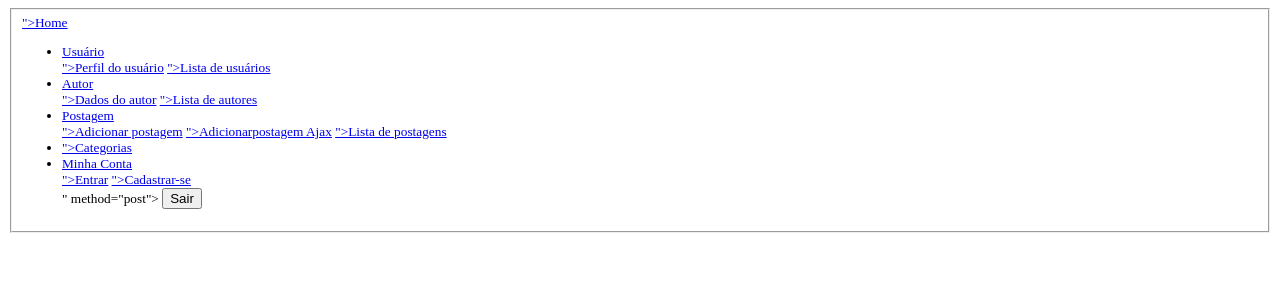
Repository: f4br1c10/Curso-Spring-Devmedia
Page: http://localhost/blog/WEB-INF/views/menu.jsp
The author's editor kept a copy of each file at every save. The page is drawn from the files as they stood at one save, then again after the next save.
The browser window is 1280 px wide. The pictures show the whole page.
The page is served by Tomcat 9. Nobody is signed in. Other server files are loaded and not shown. The template is opened directly, without the code that normally fills it, so the values that code supplies are empty.

Above is the page before, as saved 2019-07-09 17:12:07.

### blog/src/main/webapp/WEB-INF/views/menu.jsp
<%@ page language="java" contentType="text/html; charset=UTF-8" pageEncoding="UTF-8"%>
<fieldset style="font-size: 10pt">
	<nav class="navbar navbar-expand-lg navbar-dark bg-dark">
		<a class="navbar-brand" href="<c:url value = "/"/> ">Home</a>
		<div class="collapse navbar-collapse" id="navbarNavDropdown">
			<ul class="navbar-nav">
			<security:authorize access="hasAnyAuthority('ADMIN','AUTOR','LEITOR')">
				<li class="nav-item dropdown">
					<a class="nav-link dropdown-toggle" href="#" id="navbarDropdownMenuLink" role="button" data-toggle="dropdown"aria-haspopup="true" aria-expanded="false">
						Usuário
					</a>
					<div class="dropdown-menu" aria-labelledby="navbarDropdownMenuLink">

		          			<a class="dropdown-item" href="<c:url value = "/usuario/perfil/${logado.id}"/>">Perfil do usuário</a>

						<security:authorize access="hasAuthority('ADMIN')">
		          			<a class="dropdown-item" href="<c:url value = "/usuario/list"/>">Lista de usuários</a>
		          		</security:authorize>
					</div>
				</li>
			</security:authorize>
			<security:authorize access="hasAnyAuthority('ADMIN','AUTOR')">
				<li class="nav-item dropdown">
					<a class="nav-link dropdown-toggle" href="#" id="navbarDropdownMenuLink" role="button" data-toggle="dropdown"aria-haspopup="true" aria-expanded="false">
						Autor
					</a>
					<div class="dropdown-menu" aria-labelledby="navbarDropdownMenuLink">
					<security:authorize access="hasAuthority('AUTOR')">
						<a class="dropdown-item" href="<c:url value = "/autor/add"/>">Dados do autor</a>
					</security:authorize>
					<security:authorize access="hasAuthority('ADMIN')">
		          		<a class="dropdown-item" href="<c:url value = "/autor/list"/>">Lista de autores</a>
		          	</security:authorize>
					</div>
				</li>
			</security:authorize>
				<li class="nav-item dropdown">
					<a class="nav-link dropdown-toggle" href="#" id="navbarDropdownMenuLink" role="button" data-toggle="dropdown"aria-haspopup="true" aria-expanded="false">
						Postagem
					</a>
					<div class="dropdown-menu" aria-labelledby="navbarDropdownMenuLink">
						<a class="dropdown-item" href="<c:url value = "/postagem/add"/>">Adicionar postagem</a>
						<a class="dropdown-item" href="<c:url value = "/postagem/ajax/add"/>">Adicionarpostagem Ajax</a>
		          		<a class="dropdown-item" href="<c:url value = "/postagem/list"/>">Lista de postagens</a>
					</div>
				</li>
				<security:authorize access="hasAnyAuthority('ADMIN','AUTOR')">
					<li class="nav-item">
				    	<a class="nav-link" href="<c:url value = "/categoria/add"/>">Categorias</a>
				    </li>
			    </security:authorize>
			    <li class="nav-item dropdown">
					<a class="nav-link dropdown-toggle" href="#" id="navbarDropdownMenuLink" role="button" data-toggle="dropdown"aria-haspopup="true" aria-expanded="false">
						Minha Conta
					</a>
					<div class="dropdown-menu" aria-labelledby="navbarDropdownMenuLink">
			    	<c:if test="${logado == null}">
						<a class="dropdown-item" href="<c:url value = "/auth/form"/>">Entrar</a>
						<a class="dropdown-item" href="<c:url value = "/usuario/add"/>">Cadastrar-se</a>
					</c:if>
						<security:authorize access="hasAnyAuthority('ADMIN','AUTOR','LEITOR')">
							<form action="<c:url value="/logout"/>" method="post">
							    <security:csrfInput/>
								<button type="submit" class="btn btn-danger btn-block" style="font-size: 10pt">Sair</button>
							</form>
						</security:authorize>
					</div>
				</li>
			</ul>
		</div>
	</nav>

</fieldset>

After the next save:
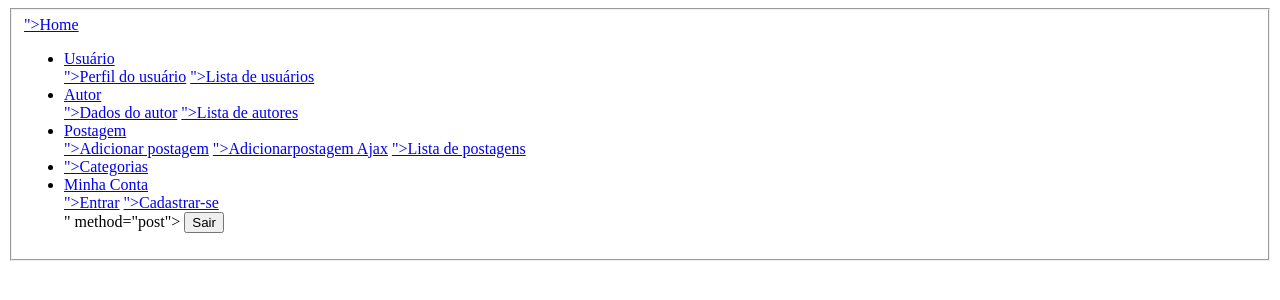
Saved 3 min 8 s later.
--- a/blog/src/main/webapp/WEB-INF/views/menu.jsp
+++ b/blog/src/main/webapp/WEB-INF/views/menu.jsp
@@ -1,5 +1,5 @@
 <%@ page language="java" contentType="text/html; charset=UTF-8" pageEncoding="UTF-8"%>
-<fieldset style="font-size: 10pt">
+<fieldset >
 	<nav class="navbar navbar-expand-lg navbar-dark bg-dark">
 		<a class="navbar-brand" href="<c:url value = "/"/> ">Home</a>
 		<div class="collapse navbar-collapse" id="navbarNavDropdown">

After the save that followed:
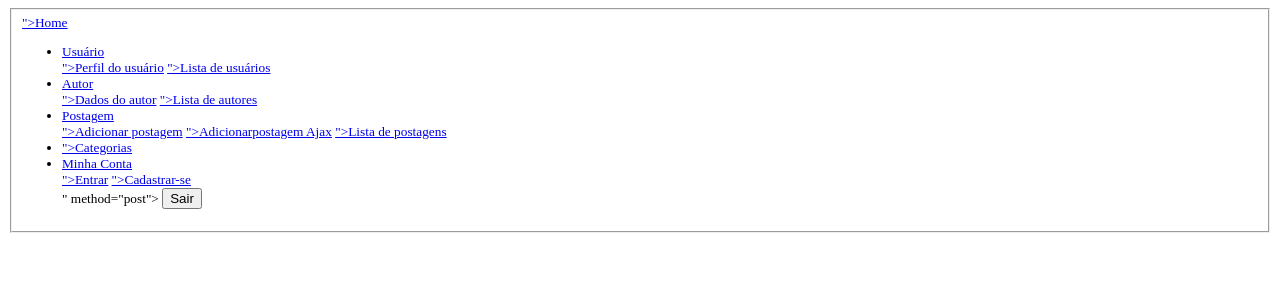
Saved 10 s later.
--- a/blog/src/main/webapp/WEB-INF/views/menu.jsp
+++ b/blog/src/main/webapp/WEB-INF/views/menu.jsp
@@ -1,5 +1,5 @@
 <%@ page language="java" contentType="text/html; charset=UTF-8" pageEncoding="UTF-8"%>
-<fieldset >
+<fieldset style="font-size: 10pt">
 	<nav class="navbar navbar-expand-lg navbar-dark bg-dark">
 		<a class="navbar-brand" href="<c:url value = "/"/> ">Home</a>
 		<div class="collapse navbar-collapse" id="navbarNavDropdown">
